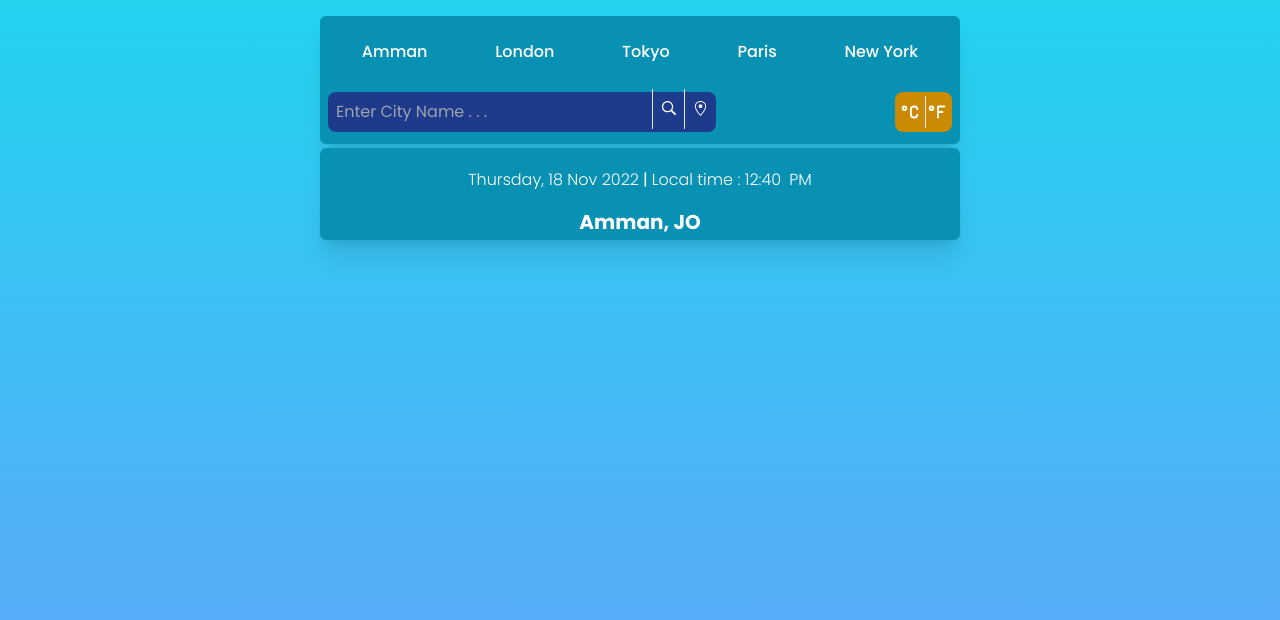
Repository: SaadYasin/next-js-forecast-tailwind
Page: /
The author's editor kept a copy of each file at every save. The page is drawn from the files as they stood at one save, then again after the next save.
The browser window is 1280 px wide. The pictures show the whole page.
The project was rebuilt for these pictures with package versions that can differ from the ones it lists, and the page was loaded fresh each time. The framework's server and built-in components were replaced by stand-ins that run in the browser.

Above is the page before, as saved 2022-11-18 22:39:33.

### pages/index.js
import Head from 'next/head';
import TopButtons from '../components/TopButtons';
import Input from '../components/Input';
import MainCard from '../components/MainCard';

export default function Home() {
  return (
    <div>
      <Head>
        <title>Create Next App</title>
      </Head>
      <div className="bg-gradient-to-b from-cyan-400 to-blue-400 h-screen py-4">
        <div className="text-white w-[22.5rem] md:w-3/4 lg:w-[40rem] bg-cyan-600 h-32 mx-auto px-2 rounded-md shadow-xl">
          <TopButtons />

          <Input />

          <MainCard />
        </div>
      </div>
    </div>
  );
}

### styles/globals.css
@import url('https://fonts.googleapis.com/css2?family=Poppins:wght@100;200;300;400;500;600;700&display=swap');

@tailwind base;
@tailwind components;
@tailwind utilities;

* {
  padding: 0;
  margin: 0;
  box-sizing: border-box;
}

html,
body {
  font-family: 'Poppins', sans-serif;
}

### components/TopButtons.js
const TopButtons = () => {

  const cities = [
    {
      id: 1,
      name: "Amman"
    },
    {
      id: 2,
      name: "London"
    },
    {
      id: 3,
      name: "Tokyo"
    },
    {
      id: 4,
      name: "Paris"
    },
    {
      id: 5,
      name: "New York"
    },
  ]

  return (
    <div className="flex items-center justify-around ">
      { cities.map((city) => (
        <button key={city.id} className="text-md font-medium my-6">{ city.name }</button>
      ))}
    </div>

  )
};

export default TopButtons;

### components/Input.js
import { GoSearch, GoLocation } from 'react-icons/go';
import { TbTemperatureCelsius, TbTemperatureFahrenheit } from 'react-icons/tb';

const Input = () => {

  return (
    <div className="flex items-center justify-between mt-1">
      <form className="flex items-center rounded-lg bg-blue-900 h-10">
        <input type="text" placeholder="Enter city name . . ." className="bg-transparent focus:outline-none pl-2 capitalize"/>

        <div>
        <button className="px-2 border-l h-10 transition ease-out hover:bg-yellow-600"><GoSearch size={15}/></button>
        <button className="px-2 border-l h-10 transition ease-out hover:bg-yellow-600"><GoLocation size={15}/></button>
        </div>

        </form>

        <div className="flex font-medium text-md bg-yellow-600 h-10 rounded-lg p-1">
        <button  name="metric" className="border-r pr-1"><TbTemperatureCelsius size={22} /></button>
        <button name="imperial" ><TbTemperatureFahrenheit size={22}/></button>
        </div>
    </div>

  )
}

export default Input;

### components/MainCard.js
import TimeAndDate from './TimeAndDate'
import Location from './Location';

const MainCard = () => {

  return (
    <div className="flex flex-col items-center">
      <div className="text-white w-[22.5rem] md:w-3/4 lg:w-[40rem] bg-cyan-600 h-max-content p-1 mt-4 rounded-md shadow-xl">
        <TimeAndDate />
        <Location />
      </div>
    </div>
  );
};

export default MainCard;

### components/TimeAndDate.js
const TimeAndDate = () => {
  return (
    <div className="flex justify-center gap-1 px-2 pt-4 text-base">
      <h3 className="font-light">Thursday, 18 Nov 2022</h3>
      <p>|</p>
      <h3 className="font-light">
        Local time : 12:40<span className="ml-2">PM</span>
      </h3>
    </div>
  );
};

export default TimeAndDate;

### components/Location.js
const Location = () => {

  return (
    <div>
      <h1 className="text-center mt-4 text-xl font-bold">Amman, JO</h1>
    </div>

  )
};

export default Location;

Loaded but not shown: pages/_app.js (common file); tailwind.config.js (common file)

After the next save:
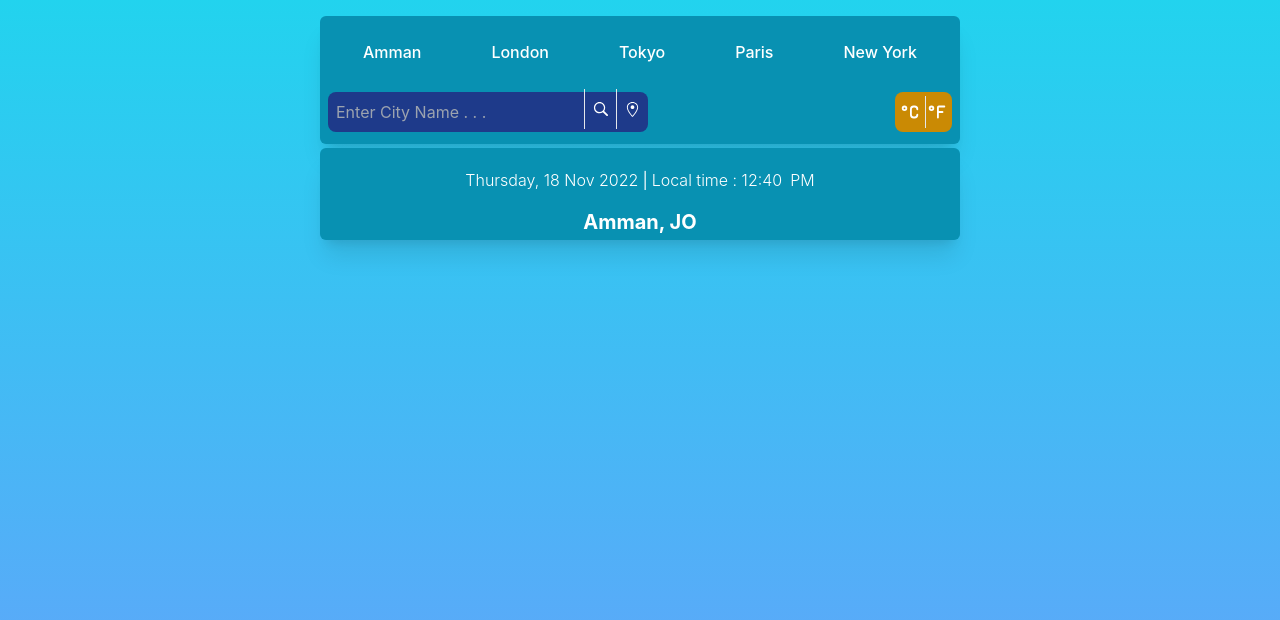
Saved 46 s later.
--- a/styles/globals.css
+++ b/styles/globals.css
@@ -12,5 +12,6 @@
 
 html,
 body {
-  font-family: 'Poppins', sans-serif;
+  font-family: -apple-system, BlinkMacSystemFont, Segoe UI, Roboto, Oxygen,
+    Ubuntu, Cantarell, Fira Sans, Droid Sans, Helvetica Neue, sans-serif;
 }
